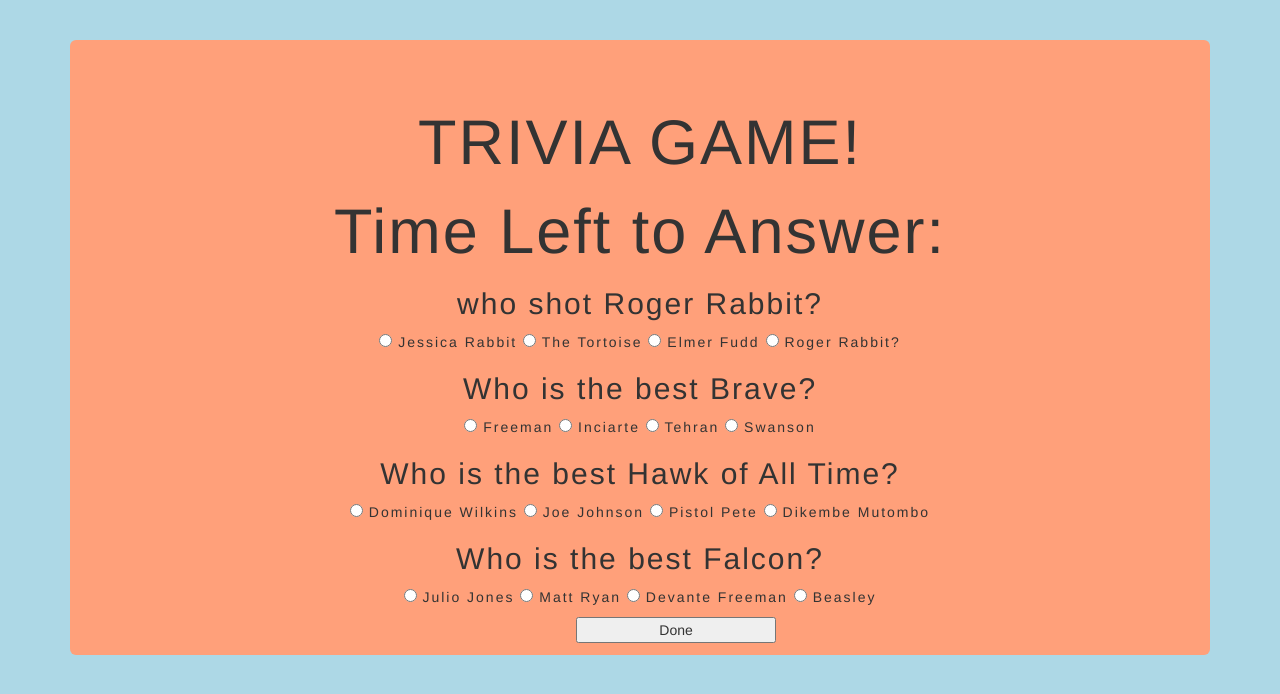
Repository: phiniezyc/TriviaGame
Page: index.html
The author's editor kept a copy of each file at every save. The page is drawn from the files as they stood at one save, then again after the next save.
The browser window is 1280 px wide. The pictures show the whole page.
After loading, the first visible `#startGameButton` was clicked once.
Some web libraries are served in a nearby version.

Above is the page before, as saved 2017-09-14 01:32:34.
Console error: TypeError: "#timeLeft".html is not a function

After the next save:
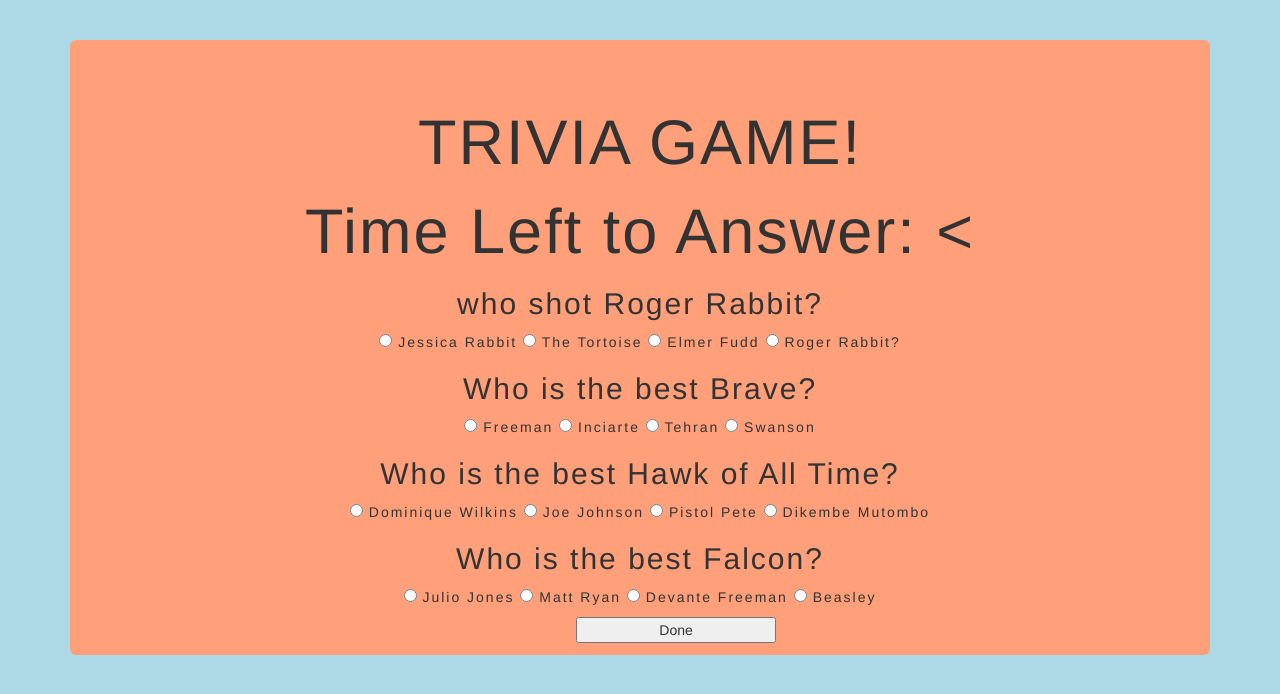
Saved 6 s later.
--- a/assets/javascript/app.js
+++ b/assets/javascript/app.js
@@ -44,7 +44,7 @@
     },
     startTimer: function() {
         timer = setInterval(trivaScoring.timeLeft, 1000);
-        $("#questionSection").prepend("<h1>Time Left to Answer: ")
+        $("#questionSection").prepend("<h1>Time Left to Answer: <")
         $("#startGameButton").remove();
         for (var i = 0; i < questions.length; i++) {
             $("#questionSection").append("<h2>" + questions[i].question + "</h2>");

After the save that followed:
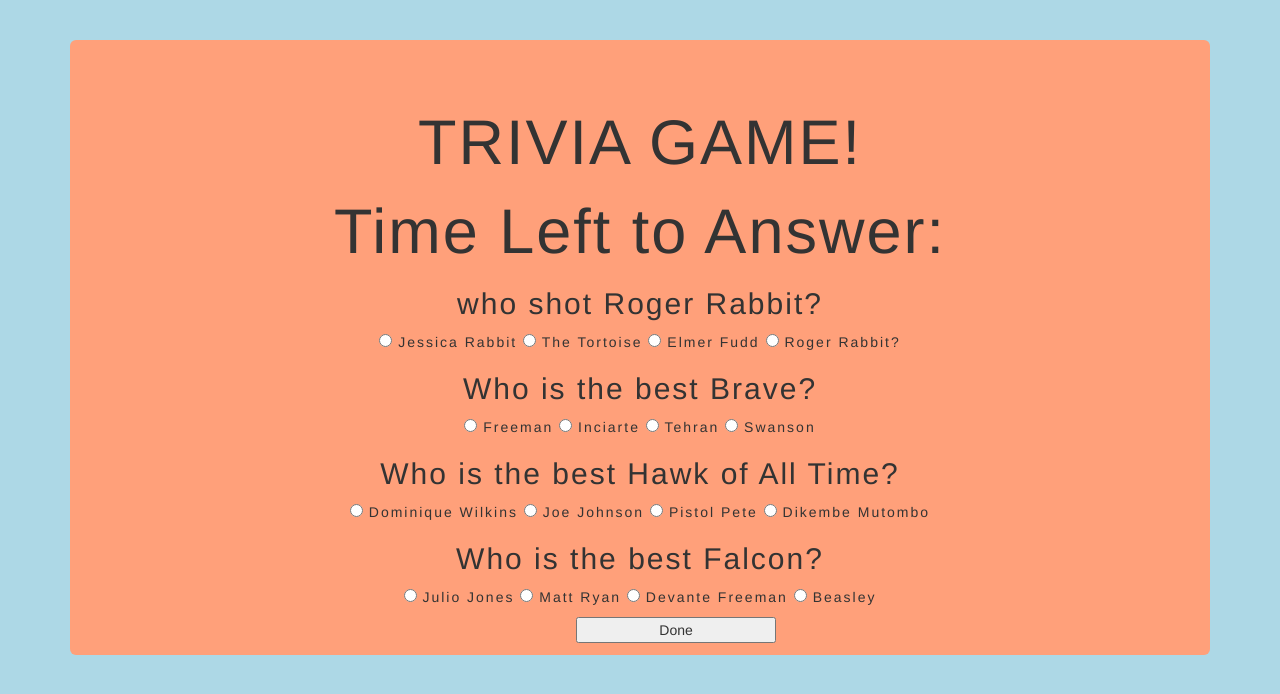
Saved 15 s later.
--- a/assets/javascript/app.js
+++ b/assets/javascript/app.js
@@ -44,7 +44,7 @@
     },
     startTimer: function() {
         timer = setInterval(trivaScoring.timeLeft, 1000);
-        $("#questionSection").prepend("<h1>Time Left to Answer: <")
+        $("#questionSection").prepend("<h1>Time Left to Answer: <span id = ")
         $("#startGameButton").remove();
         for (var i = 0; i < questions.length; i++) {
             $("#questionSection").append("<h2>" + questions[i].question + "</h2>");
